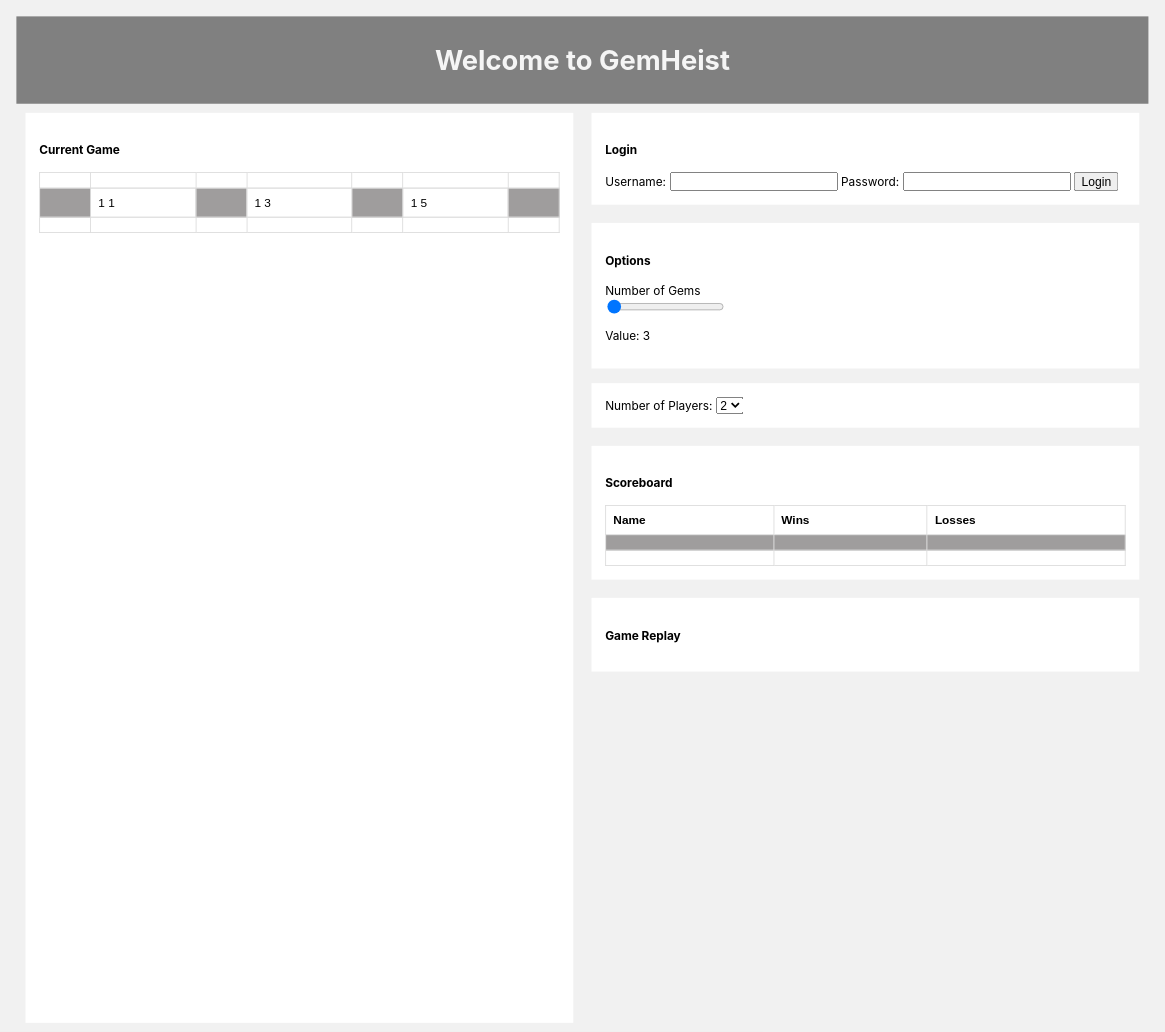
Repository: komalharjani/Gem-Heist
Page: board.html
The author's editor kept a copy of each file at every save. The page is drawn from the files as they stood at one save, then again after the next save.
The browser window is 1280 px wide. The pictures show the whole page, at 91% of full size.

Above is the page before, as saved 2020-04-05 20:27:33.

### board.html
<!DOCTYPE html>
<html>

<head>
    <link rel="stylesheet" href="style.css">
</head>

<body>
    <!--Header-->
    <div class="header">
        <h2>Welcome to GemHeist</h2>
    </div>

    <!--Current Game-->
    <div class="centercolumn">
        <div class="card" style="height:1000px">
            <h4 id="gameTitle">Current Game</h4>
            <div class="yaks" id="game">
            </div>
        </div>
    </div>
    <!--Login -->
    <div class="centercolumn" id="scoreboard">
        <div class="card">
            <h4>Login</h4>
            <div class="yaks">
                <label for="fname">Username:</label>
                <input type="text" id="fname" name="fname">
                <label for="lname">Password:</label>
                <input type="text" id="lname" name="lname">
                <input type="submit" value="Login">
            </div>
        </div>
    </div><br>
    </div>

    <!--Options -->
    <div class="rightcolumn">
        <div class="card">
            <h4>Options</h4>
            <div class="yaks">
                <div class="slidecontainer">
                    <label for="myRange">Number of Gems</label></br>
                    <input type="range" min="3" max="20" value="3" class="slider" id="myRange">
                    <p>Value: <span id="demo"></span></p>
                </div>
            </div>
                <script>
                    var slider = document.getElementById("myRange");
                    var output = document.getElementById("demo");
                    output.innerHTML = slider.value;
                    document.getElementById("myRange").step = "3";
                    slider.oninput = function () {
                        output.innerHTML = this.value;
                    }
                </script>
            </div></br>
            <div class="card">
                <div class="yaks">
                    <label for="noPlayers">Number of Players:</label>
                    <select id="noPlayers">
                        <option value="2">2</option>
                        <option value="3">3</option>
                        <option value="4">4</option>
                        <option value="5">5</option>
                    </select>
                </div>
            </div>
    </div><br>
    </div>

    <!--Scoreboard - change to dynamic -->
    <div class="rightcolumn">
        <div class="card">
            <h4>Scoreboard</h4>
            <div class="yaks" id="scoreboard">
                <table>
                    <tr>
                        <th>Name</th>
                        <th>Wins</th>
                        <th>Losses</th>
                    </tr>
                    <tr>
                        <td> </td>
                        <td> </td>
                        <td> </td>
                    </tr>
                    <tr>
                        <td> </td>
                        <td> </td>
                        <td> </td>
                    </tr>
                </table>

            </div>
        </div>
    </div><br>
    </div>

    <!--Scoreboard -->
    <div class="rightcolumn">
        <div class="card">
            <h4>Game Replay</h4>
            <div class="yaks">
                <!--Content Here-->
            </div>
        </div>
    </div><br>
    </div>



    <!--JAVASCRIPT -->
    <script src="model_Board.js"></script>
</body>

</html>

### style.css
* {
    box-sizing: border-box;
  }

  /* Add a gray background color with some padding */
  body {
    font-family: -apple-system, BlinkMacSystemFont, 'Segoe UI', Roboto, Oxygen, Ubuntu, Cantarell, 'Open Sans', 'Helvetica Neue', sans-serif;
    padding: 10px;
    background: #f1f1f1;
    font-size: 13px;
  }
  table {
    font-family: arial, sans-serif;
    border-collapse: collapse;
    width: 100%;
  }

  td, th {
    border: 1px solid #dddddd;
    text-align: left;
    padding: 8px;
  }

  tr:nth-child(even) {
    background-color: #dddddd;
  }
  /* Header Title */
  .header {
    padding: 5px;
    font-size: 20px;
    text-align: center;
    background: grey;
    color: whitesmoke;
  }

  .login {
    width:300px;
    height:150px;
    position: fixed;
    top: 50%;
    left: 50%;
    margin-top: -125px;
    margin-left: -150px;
  }


  /* Alerts and Gems */

  .gem {
    background-color: white;
    justify-content: center;
  }

  .gem:hover {
    background-color: rgb(240, 240, 240);
  }

  .alarm {
    background-color: rgb(200, 0, 0);
  }

  .white {
    background-color: white;
  }

  .empty {
    background-color: white;
  }

  .alarm:hover {
    background-color: rgb(136, 0, 0);
  }

  /* Split Screen into Columns */

  .rightcolumn {
    float: right;
    width: 50%;
    padding: 10px;
  }

  .centercolumn {
    float: left;
    width: 50%;
    padding: 10px;
  }

  .box {
    background-color: whitesmoke;
    width: 100%;
    padding: 15px;
  }

  .voteFilter {
    background-color: black;
    width: 100%;
    padding: 15px;
  }

  .card {
     background-color: white;
     padding: 15px;
  }

  .row:after {
    content: "";
    display: table;
    clear: both;
  }

  /* Footer */
  .footer {
    padding: 20px;
    text-align: center;
    background: #ddd;
    margin-top: 20px;
  }

  /* Responsive layout - when the screen is less than 800px wide, make the two columns stack on top of each other instead of next to each other */
  @media screen and (max-width: 800px) {
    .leftcolumn, .rightcolumn {
      width: 100%;
      padding: 0;
    }
  }

  tr:nth-child(even) {
    background-color: #3b37377c;
  }

### model_Board.js
/**
 * Variables
 */
const width = 7;
var gemChar = '&#128142';
var noGems = document.getElementById("myRange").value;
height = (2 / 3 * noGems) + 1;

/**
 * Declare Arrays for Drawing Board...
 */
let currentState = new Array(height);
let count = 0;
for (let k = 0; k < currentState.length; k++) {
    currentState[k] = new Array(width);
}
console.log(currentState);

let arr = new Array(height);
for (let k = 0; k < arr.length; k++) {
    arr[k] = new Array(width);
}
/**
 * Function to Draw Board
 */
function drawBoard() {
    var table = document.createElement("table");
    for (var i = 0; i < height; i++) { //loop through height
        var row = document.createElement('tr'); //create rows for each height
        for (var j = 0; j < width; j++) { //loop through width
            var cell = document.createElement('td'); //create columns for each width
            if (j % 2 && i % 2) { //identify gem cells
                console.log(i,j);
                cell.innerHTML = i +" " + j;
            //cell.innerHTML = gemChar;
            cell.className = "gem";
            }
            else if (j % 2 || i % 2) { //identify alarm cells
            //     cell.className = "alarm";
            }
            row.appendChild(cell);
        }
        table.appendChild(row);
    }
    document.body.appendChild(table);
    //console.log(arr);
    //console.log(currentState);
    console.log(currentState[1][7]);

    //display in this div
    let divContainer = document.getElementById("game");
    divContainer.innerHTML = "";
    divContainer.appendChild(table);
}
drawBoard();

// function captureAlarm() {
//     if (currentState.className == "alarm") {
//         cell.addEventListener('click', function(event){
//             this.className = "white";
//             //replay.enqueue(this);
//     })
// }
// }


//Array for Players

//Queue replay

//for logic implmeentation
//seccond array? - to know which gems to check on
//gems array - to determine score and winner -- one for each player -- consider multiple players to determine winner
//how to pass html objects as a JSON ????

// drawTable = function(currentState) {
//         var table = document.createElement('table');
//         for (var i = 0; i < currentState.length; i++) {
//             var row = document.createElement('tr');
//             for (var j = 0; j < currentState[i].length; j++) {
//                 var cell = document.createElement('td');
//                 cell.textContent = currentState[i][j];
//                 row.appendChild(cell);
//             }
//             table.appendChild(row);
//         }
//         return table;
//     }
//     let divContainer = document.getElementById("game");
//     divContainer.innerHTML = "";
//     divContainer.appendChild(table);
//     drawTable();

After the next save:
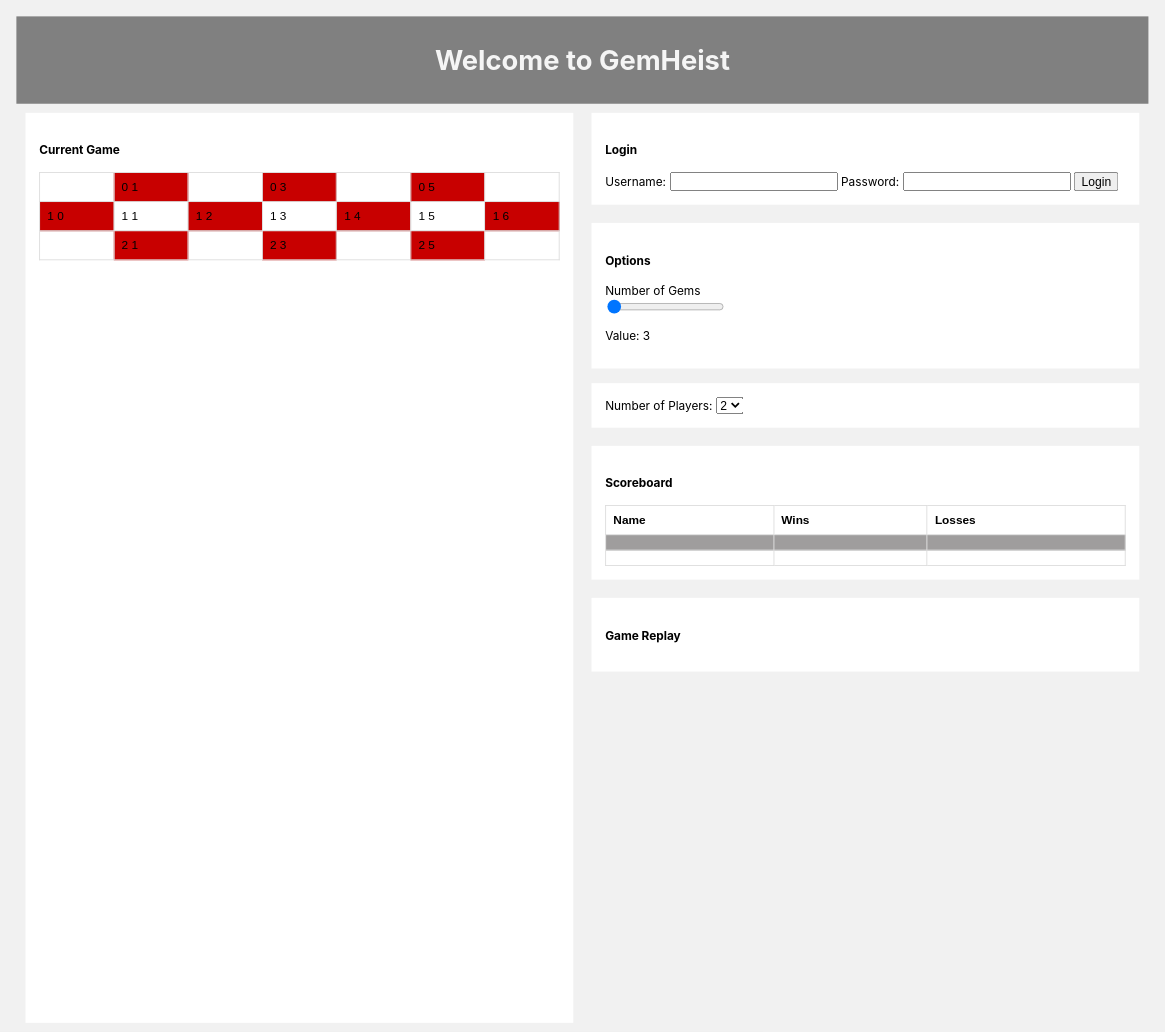
Saved 9 s later.
--- a/model_Board.js
+++ b/model_Board.js
@@ -33,10 +33,11 @@ function drawBoard() {
                 console.log(i,j);
                 cell.innerHTML = i +" " + j;
             //cell.innerHTML = gemChar;
-            cell.className = "gem";
+                cell.className = "gem";
             }
             else if (j % 2 || i % 2) { //identify alarm cells
-            //     cell.className = "alarm";
+                 cell.className = "alarm";
+                 cell.innerHTML = i +" " + j;
             }
             row.appendChild(cell);
         }
